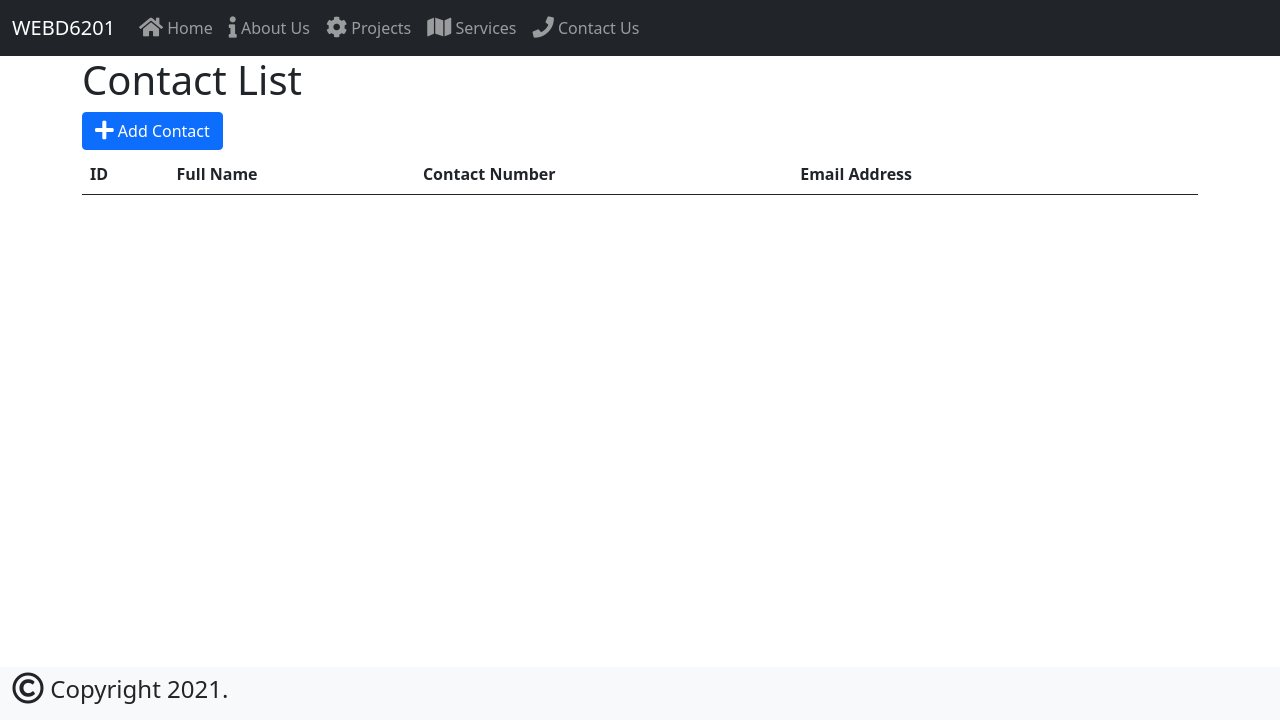
Repository: GarlicButterBoy/WEBD6201-ICE04
Page: contact-list.html
The author's editor kept a copy of each file at every save. The page is drawn from the files as they stood at one save, then again after the next save.
The browser window is 1280 px wide. The pictures show the whole page.

Above is the page before, as saved 2021-02-10 09:22:53.

After the next save:
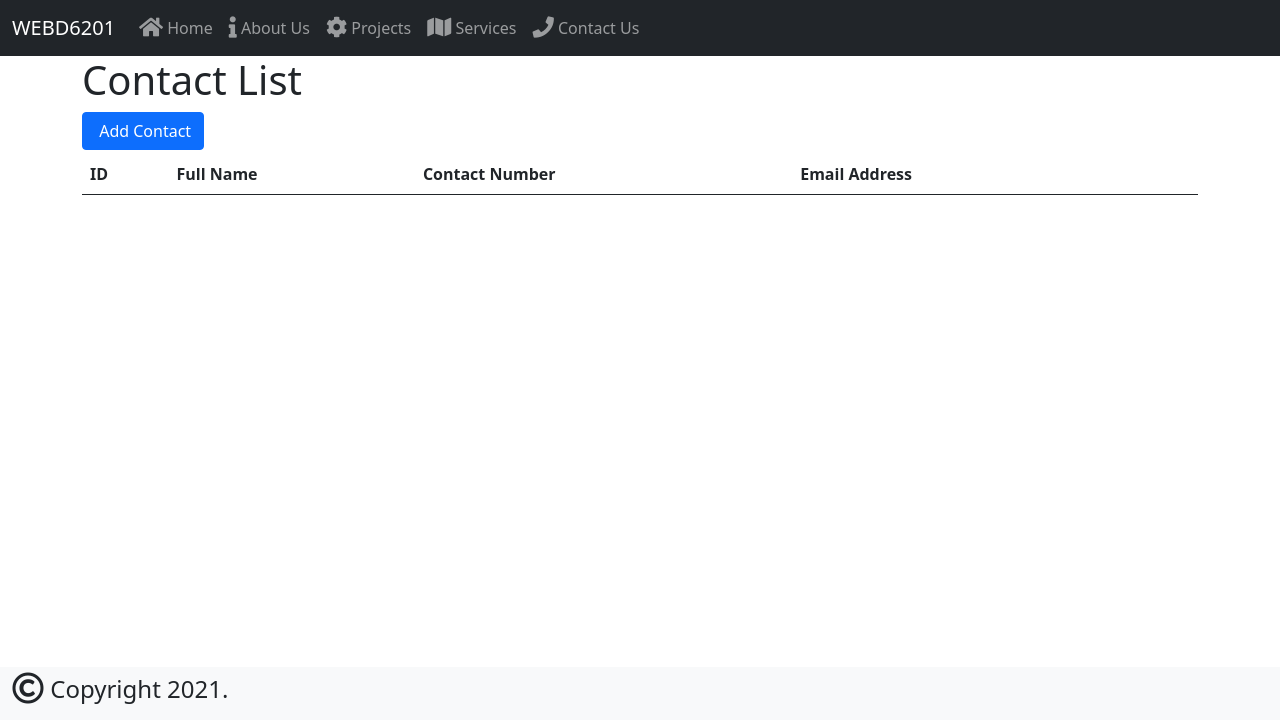
Saved 23 s later.
--- a/contact-list.html
+++ b/contact-list.html
@@ -53,7 +53,7 @@
         <div class="row">
           <div class="col">
 
-            <button class="btn btn-primary mb-1"><i class="fas fa-plus fa-lg"></i> Add Contact</button>
+            <button class="btn btn-primary mb-1"><i class="fas fa-plus-octagon fa-lg"></i> Add Contact</button>
             <table class="table table-striped">
             <thead>
               <tr>
